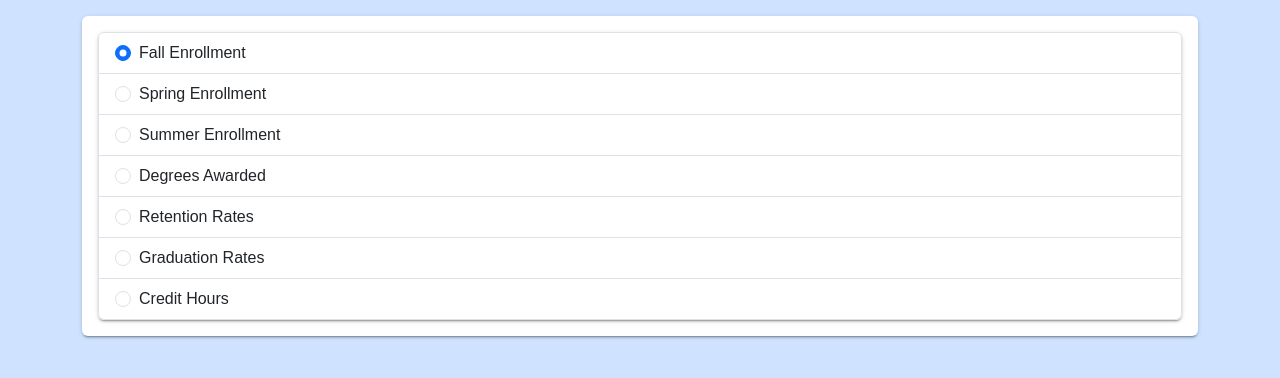
Repository: chancellor-w-whitaker/pivot-table
Page: /
The author's editor kept a copy of each file at every save. The page is drawn from the files as they stood at one save, then again after the next save.
The browser window is 1280 px wide. The pictures show the whole page.
The page's requests for data from a server got no answer. Some web fonts or font styles are not loaded; a fallback is used. The project was rebuilt for these pictures with package versions that can differ from the ones it lists, and the page was loaded fresh each time. No one was signed in, and anything a server would have sent is missing. Also part of the build but not shown: vite.config.js.

Above is the page before, as saved 2024-01-03 19:04:28.

### src/main.jsx
// Bootstrap Bundle JS
import "bootstrap/dist/js/bootstrap.bundle.min";
// Bootstrap CSS
import "bootstrap/dist/css/bootstrap.min.css";
import ReactDOM from "react-dom/client";
import React from "react";

import App from "./App.jsx";
import "./index.css";

ReactDOM.createRoot(document.getElementById("root")).render(
  <React.StrictMode>
    <App />
  </React.StrictMode>
);

### src/App.jsx
import { useBodyBgVariant } from "./hooks/useBodyBgVariant";
import { Container } from "./Container";
import { Dashboard } from "./Dashboard";
import "./App.css";

const App = () => {
  useBodyBgVariant("primary-subtle");

  return (
    <>
      <Container>
        <Dashboard></Dashboard>
      </Container>
    </>
  );
};

export default App;

### src/index.css
@font-face {
  font-family: poppins;
  font-style: normal;
  font-weight: 400;
  src: local("Poppins"),
    url(https://fonts.cdnfonts.com/s/16009/Poppins-Regular.woff) format("woff");
}
@font-face {
  font-family: poppins;
  font-style: normal;
  font-weight: 400;
  src: local("Poppins"),
    url(https://fonts.cdnfonts.com/s/16009/Poppins-Regular.woff) format("woff");
}
@font-face {
  font-family: poppins;
  font-style: italic;
  font-weight: 400;
  src: local("Poppins"),
    url(https://fonts.cdnfonts.com/s/16009/Poppins-Italic.woff) format("woff");
}
@font-face {
  font-family: poppins;
  font-style: italic;
  font-weight: 400;
  src: local("Poppins"),
    url(https://fonts.cdnfonts.com/s/16009/Poppins-Italic.woff) format("woff");
}
@font-face {
  font-family: poppins;
  font-style: normal;
  font-weight: 250;
  src: local("Poppins"),
    url(https://fonts.cdnfonts.com/s/16009/Poppins-Thin.woff) format("woff");
}
@font-face {
  font-family: poppins;
  font-style: normal;
  font-weight: 250;
  src: local("Poppins"),
    url(https://fonts.cdnfonts.com/s/16009/Poppins-Thin.woff) format("woff");
}
@font-face {
  font-family: poppins;
  font-style: italic;
  font-weight: 250;
  src: local("Poppins"),
    url(https://fonts.cdnfonts.com/s/16009/Poppins-ThinItalic.woff)
      format("woff");
}
@font-face {
  font-family: poppins;
  font-style: italic;
  font-weight: 250;
  src: local("Poppins"),
    url(https://fonts.cdnfonts.com/s/16009/Poppins-ThinItalic.woff)
      format("woff");
}
@font-face {
  font-family: poppins;
  font-style: normal;
  font-weight: 275;
  src: local("Poppins"),
    url(https://fonts.cdnfonts.com/s/16009/Poppins-ExtraLight.woff)
      format("woff");
}
@font-face {
  font-family: poppins;
  font-style: normal;
  font-weight: 275;
  src: local("Poppins"),
    url(https://fonts.cdnfonts.com/s/16009/Poppins-ExtraLight.woff)
      format("woff");
}
@font-face {
  font-family: poppins;
  font-style: italic;
  font-weight: 275;
  src: local("Poppins"),
    url(https://fonts.cdnfonts.com/s/16009/Poppins-ExtraLightItalic.woff)
      format("woff");
}
@font-face {
  font-family: poppins;
  font-style: italic;
  font-weight: 275;
  src: local("Poppins"),
    url(https://fonts.cdnfonts.com/s/16009/Poppins-ExtraLightItalic.woff)
      format("woff");
}
@font-face {
  font-family: poppins;
  font-style: normal;
  font-weight: 300;
  src: local("Poppins"),
    url(https://fonts.cdnfonts.com/s/16009/Poppins-Light.woff) format("woff");
}
@font-face {
  font-family: poppins;
  font-style: normal;
  font-weight: 300;
  src: local("Poppins"),
    url(https://fonts.cdnfonts.com/s/16009/Poppins-Light.woff) format("woff");
}
@font-face {
  font-family: poppins;
  font-style: italic;
  font-weight: 300;
  src: local("Poppins"),
    url(https://fonts.cdnfonts.com/s/16009/Poppins-LightItalic.woff)
      format("woff");
}
@font-face {
  font-family: poppins;
  font-style: italic;
  font-weight: 300;
  src: local("Poppins"),
    url(https://fonts.cdnfonts.com/s/16009/Poppins-LightItalic.woff)
      format("woff");
}
@font-face {
  font-family: poppins;
  font-style: normal;
  font-weight: 500;
  src: local("Poppins"),
    url(https://fonts.cdnfonts.com/s/16009/Poppins-Medium.woff) format("woff");
}
@font-face {
  font-family: poppins;
  font-style: normal;
  font-weight: 500;
  src: local("Poppins"),
    url(https://fonts.cdnfonts.com/s/16009/Poppins-Medium.woff) format("woff");
}
@font-face {
  font-family: poppins;
  font-style: italic;
  font-weight: 500;
  src: local("Poppins"),
    url(https://fonts.cdnfonts.com/s/16009/Poppins-MediumItalic.woff)
      format("woff");
}
@font-face {
  font-family: poppins;
  font-style: italic;
  font-weight: 500;
  src: local("Poppins"),
    url(https://fonts.cdnfonts.com/s/16009/Poppins-MediumItalic.woff)
      format("woff");
}
@font-face {
  font-family: poppins;
  font-style: normal;
  font-weight: 600;
  src: local("Poppins"),
    url(https://fonts.cdnfonts.com/s/16009/Poppins-SemiBold.woff) format("woff");
}
@font-face {
  font-family: poppins;
  font-style: normal;
  font-weight: 600;
  src: local("Poppins"),
    url(https://fonts.cdnfonts.com/s/16009/Poppins-SemiBold.woff) format("woff");
}
@font-face {
  font-family: poppins;
  font-style: italic;
  font-weight: 600;
  src: local("Poppins"),
    url(https://fonts.cdnfonts.com/s/16009/Poppins-SemiBoldItalic.woff)
      format("woff");
}
@font-face {
  font-family: poppins;
  font-style: italic;
  font-weight: 600;
  src: local("Poppins"),
    url(https://fonts.cdnfonts.com/s/16009/Poppins-SemiBoldItalic.woff)
      format("woff");
}
@font-face {
  font-family: poppins;
  font-style: normal;
  font-weight: 700;
  src: local("Poppins"),
    url(https://fonts.cdnfonts.com/s/16009/Poppins-Bold.woff) format("woff");
}
@font-face {
  font-family: poppins;
  font-style: normal;
  font-weight: 700;
  src: local("Poppins"),
    url(https://fonts.cdnfonts.com/s/16009/Poppins-Bold.woff) format("woff");
}
@font-face {
  font-family: poppins;
  font-style: italic;
  font-weight: 700;
  src: local("Poppins"),
    url(https://fonts.cdnfonts.com/s/16009/Poppins-BoldItalic.woff)
      format("woff");
}
@font-face {
  font-family: poppins;
  font-style: italic;
  font-weight: 700;
  src: local("Poppins"),
    url(https://fonts.cdnfonts.com/s/16009/Poppins-BoldItalic.woff)
      format("woff");
}
@font-face {
  font-family: poppins;
  font-style: normal;
  font-weight: 800;
  src: local("Poppins"),
    url(https://fonts.cdnfonts.com/s/16009/Poppins-ExtraBold.woff)
      format("woff");
}
@font-face {
  font-family: poppins;
  font-style: normal;
  font-weight: 800;
  src: local("Poppins"),
    url(https://fonts.cdnfonts.com/s/16009/Poppins-ExtraBold.woff)
      format("woff");
}
@font-face {
  font-family: poppins;
  font-style: italic;
  font-weight: 800;
  src: local("Poppins"),
    url(https://fonts.cdnfonts.com/s/16009/Poppins-ExtraBoldItalic.woff)
      format("woff");
}
@font-face {
  font-family: poppins;
  font-style: italic;
  font-weight: 800;
  src: local("Poppins"),
    url(https://fonts.cdnfonts.com/s/16009/Poppins-ExtraBoldItalic.woff)
      format("woff");
}
@font-face {
  font-family: poppins;
  font-style: normal;
  font-weight: 900;
  src: local("Poppins"),
    url(https://fonts.cdnfonts.com/s/16009/Poppins-Black.woff) format("woff");
}
@font-face {
  font-family: poppins;
  font-style: normal;
  font-weight: 900;
  src: local("Poppins"),
    url(https://fonts.cdnfonts.com/s/16009/Poppins-Black.woff) format("woff");
}
@font-face {
  font-family: poppins;
  font-style: italic;
  font-weight: 900;
  src: local("Poppins"),
    url(https://fonts.cdnfonts.com/s/16009/Poppins-BlackItalic.woff)
      format("woff");
}
@font-face {
  font-family: poppins;
  font-style: italic;
  font-weight: 900;
  src: local("Poppins"),
    url(https://fonts.cdnfonts.com/s/16009/Poppins-BlackItalic.woff)
      format("woff");
}

:root,
[data-bs-theme="light"] {
  --bs-font-sans-serif: "Poppins", sans-serif;

  --bs-box-shadow: 0px 3px 3px -2px rgba(0, 0, 0, 0.2),
    0px 3px 4px 0px rgba(0, 0, 0, 0.14), 0px 1px 8px 0px rgba(0, 0, 0, 0.12);
  --bs-box-shadow-sm: 0px 3px 1px -2px rgba(0, 0, 0, 0.2),
    0px 2px 2px 0px rgba(0, 0, 0, 0.14), 0px 1px 5px 0px rgba(0, 0, 0, 0.12);
  --bs-box-shadow-lg: 0px 2px 4px -1px rgba(0, 0, 0, 0.2),
    0px 4px 5px 0px rgba(0, 0, 0, 0.14), 0px 1px 10px 0px rgba(0, 0, 0, 0.12);
}

### src/hooks/useBodyBgVariant.jsx
import { useEffect } from "react";

import { checkIfLengthyString } from "../functions/checkIfLengthyString";

export const useBodyBgVariant = (variant = "body-tertiary") => {
  useEffect(() => {
    const variantIsLengthyString = checkIfLengthyString(variant);

    variantIsLengthyString && document.body.classList.add(`bg-${variant}`);

    return () => {
      variantIsLengthyString && document.body.classList.remove(`bg-${variant}`);
    };
  }, [variant]);
};

### src/Container.jsx
export const Container = ({ children }) => {
  return (
    <>
      <main className="container">
        <div className="my-3 p-3 bg-body rounded shadow-sm">{children}</div>
      </main>
    </>
  );
};

### src/Dashboard.jsx
import { useState, useMemo } from "react";

import { RadioListGroup } from "./components/RadioListGroup";
import { useData } from "./hooks/useData";
import "./App.css";

const datasetOptions = [
  { label: "Fall Enrollment", pivotColumn: "termDesc", value: "fall" },
  { label: "Spring Enrollment", pivotColumn: "termDesc", value: "spring" },
  { label: "Summer Enrollment", pivotColumn: "termDesc", value: "summer" },
  { label: "Degrees Awarded", pivotColumn: "year", value: "degrees" },
  {
    pivotColumn: "retention_year",
    label: "Retention Rates",
    value: "retention",
  },
  {
    pivotColumn: "cohort_term",
    label: "Graduation Rates",
    value: "graduation",
  },
  { label: "Credit Hours", pivotColumn: "year", value: "hours" },
];

export const Dashboard = () => {
  const [checkedDataset, setCheckedDataset] = useState(datasetOptions[0].value);

  const data = useData(`data/${checkedDataset}.json`);

  console.log(data);

  // ! get list of measures (measures being numeric columns -> so separate columns by type)

  // ! find data columns
  const columns = useMemo(
    () =>
      !(Array.isArray(data) && data.length > 0) ? [] : Object.keys(data[0]),
    [data]
  );

  console.log(columns);

  return (
    <>
      <RadioListGroup
        setCheckedValue={setCheckedDataset}
        checkedValue={checkedDataset}
        options={datasetOptions}
        className="shadow-sm"
        name="dataset"
      ></RadioListGroup>
    </>
  );
};

### src/App.css
@import url("https://fonts.cdnfonts.com/css/poppins");

:root,
[data-bs-theme="light"] {
  --bs-font-sans-serif: "Poppins", sans-serif;

  --bs-box-shadow: 0px 3px 3px -2px rgba(0, 0, 0, 0.2),
    0px 3px 4px 0px rgba(0, 0, 0, 0.14), 0px 1px 8px 0px rgba(0, 0, 0, 0.12);
  --bs-box-shadow-sm: 0px 3px 1px -2px rgba(0, 0, 0, 0.2),
    0px 2px 2px 0px rgba(0, 0, 0, 0.14), 0px 1px 5px 0px rgba(0, 0, 0, 0.12);
  --bs-box-shadow-lg: 0px 2px 4px -1px rgba(0, 0, 0, 0.2),
    0px 4px 5px 0px rgba(0, 0, 0, 0.14), 0px 1px 10px 0px rgba(0, 0, 0, 0.12);
}

### src/functions/checkIfLengthyString.js
export const checkIfLengthyString = (str) =>
  typeof str === "string" && str.length > 0;

### src/components/RadioListGroup.jsx
import { startTransition } from "react";

import { checkIfLengthyString } from "../functions/checkIfLengthyString";

export const RadioListGroup = ({
  setCheckedValue,
  checkedValue,
  className,
  options,
  name,
}) => {
  const onOptionChange = (e) =>
    startTransition(() => setCheckedValue(e.target.value));

  const defaultClassName = "list-group";

  const entireClassName = checkIfLengthyString(className)
    ? `${defaultClassName} ${className}`
    : defaultClassName;

  return (
    <>
      <div className={entireClassName}>
        {options.map(({ value, label }) => (
          <label className="list-group-item d-flex gap-2" key={value}>
            <input
              className="form-check-input flex-shrink-0"
              checked={value === checkedValue}
              onChange={onOptionChange}
              value={value}
              type="radio"
              name={name}
            />
            <span>{label}</span>
          </label>
        ))}
      </div>
    </>
  );
};

### src/hooks/useData.jsx
import { useEffect, useState } from "react";

export const useData = (url) => {
  const [data, setData] = useState(null);
  useEffect(() => {
    if (url) {
      let ignore = false;
      fetch(url)
        .then((response) => response.json())
        .then((json) => {
          if (!ignore) {
            setData(json);
          }
        });
      return () => {
        ignore = true;
      };
    }
  }, [url]);
  return data;
};

### src/constants/datasetOptions.js
export const datasetOptions = [
  { label: "Fall Enrollment", pivotColumn: "termDesc", value: "fall" },
  { label: "Spring Enrollment", pivotColumn: "termDesc", value: "spring" },
  { label: "Summer Enrollment", pivotColumn: "termDesc", value: "summer" },
  { label: "Degrees Awarded", pivotColumn: "year", value: "degrees" },
  {
    pivotColumn: "retention_year",
    label: "Retention Rates",
    value: "retention",
  },
  {
    pivotColumn: "cohort_term",
    label: "Graduation Rates",
    value: "graduation",
  },
  { label: "Credit Hours", pivotColumn: "year", value: "hours" },
];

Loaded but not shown: index.html (common file)

After the next save:
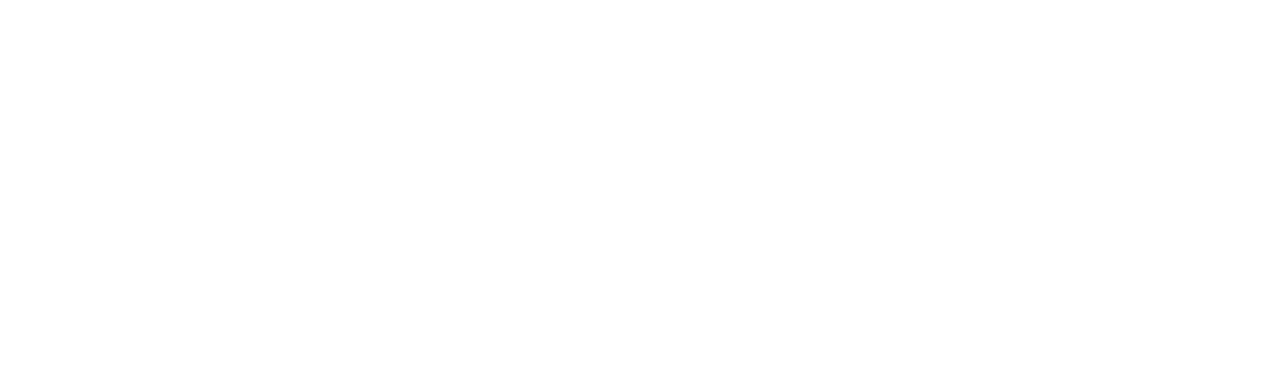
Console error: ReferenceError: datasetOptions is not defined
Saved 52 s later.
--- a/src/Dashboard.jsx
+++ b/src/Dashboard.jsx
@@ -3,24 +3,6 @@
 import { RadioListGroup } from "./components/RadioListGroup";
 import { useData } from "./hooks/useData";
 import "./App.css";
-
-const datasetOptions = [
-  { label: "Fall Enrollment", pivotColumn: "termDesc", value: "fall" },
-  { label: "Spring Enrollment", pivotColumn: "termDesc", value: "spring" },
-  { label: "Summer Enrollment", pivotColumn: "termDesc", value: "summer" },
-  { label: "Degrees Awarded", pivotColumn: "year", value: "degrees" },
-  {
-    pivotColumn: "retention_year",
-    label: "Retention Rates",
-    value: "retention",
-  },
-  {
-    pivotColumn: "cohort_term",
-    label: "Graduation Rates",
-    value: "graduation",
-  },
-  { label: "Credit Hours", pivotColumn: "year", value: "hours" },
-];
 
 export const Dashboard = () => {
   const [checkedDataset, setCheckedDataset] = useState(datasetOptions[0].value);

After the save that followed:
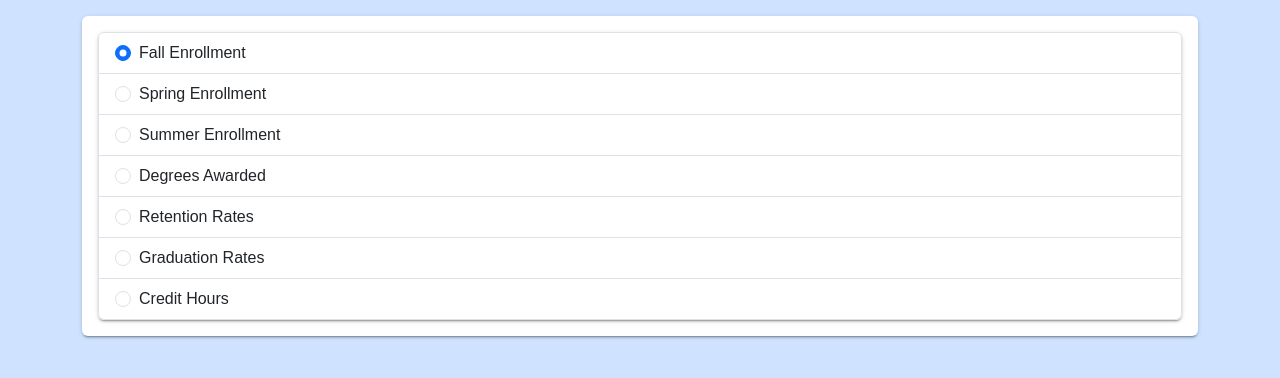
The error is gone.
Saved 14 s later.
--- a/src/Dashboard.jsx
+++ b/src/Dashboard.jsx
@@ -1,6 +1,7 @@
 import { useState, useMemo } from "react";
 
 import { RadioListGroup } from "./components/RadioListGroup";
+import { datasetOptions } from "./constants/datasetOptions";
 import { useData } from "./hooks/useData";
 import "./App.css";
 
